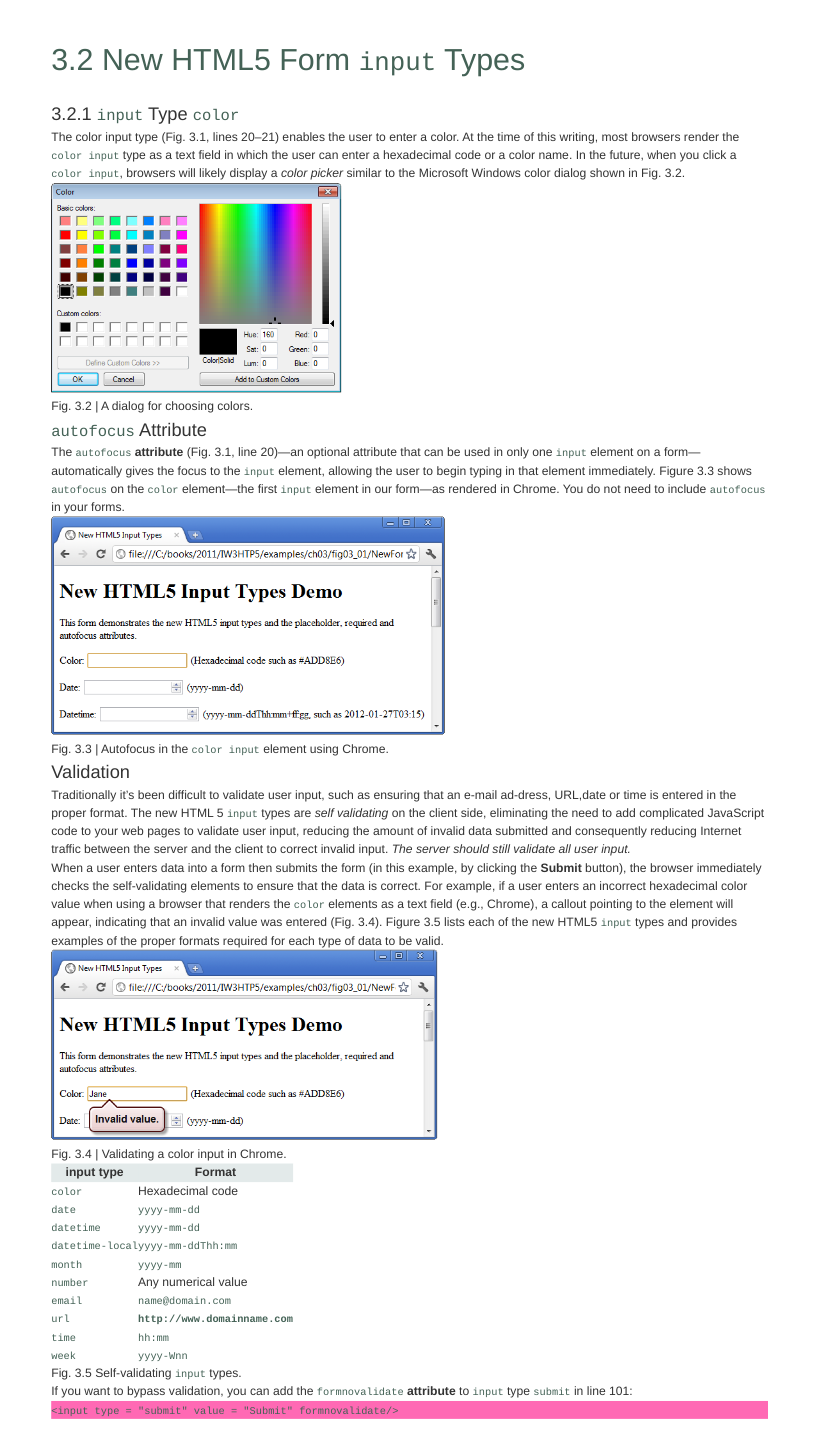
Repository: mlmEFSC21/P4-Textbook-Copy
Page: index.html
The author's editor kept a copy of each file at every save. The page is drawn from the files as they stood at one save, then again after the next save.
The browser window is 1280 px wide. The pictures show the whole page, at 64% of full size.

Above is the page before, as saved 2022-02-03 16:51:07.

After the next save:
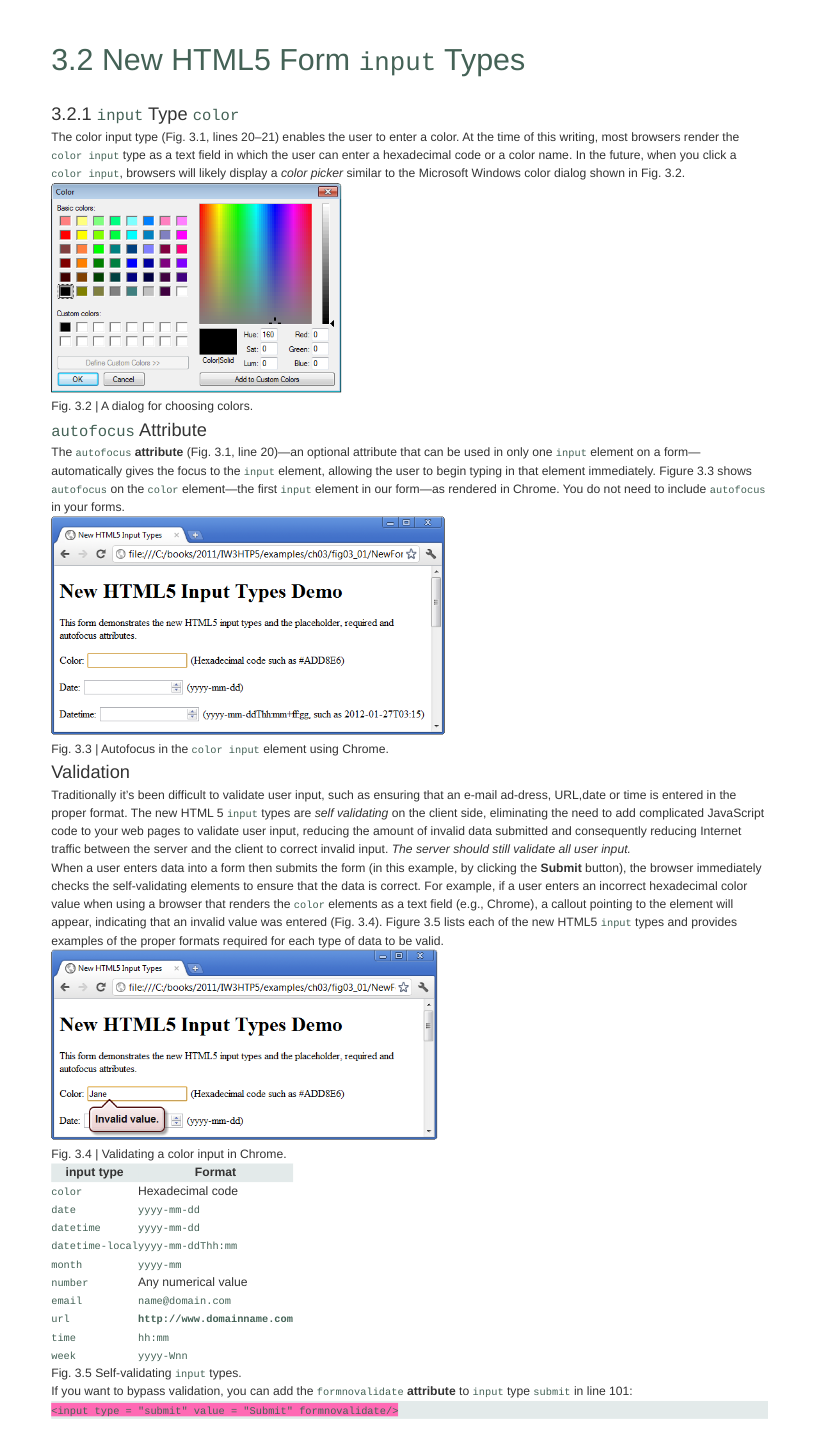
Saved 54 s later.
--- a/index.html
+++ b/index.html
@@ -144,8 +144,12 @@
                     <strong>attribute</strong> to <code>input</code> type <code>submit</code> in
                     line 101:
                 </p>
-                <div class="form-no-val code-heavy">
-                    <code>&lt;input type = "submit" value = "Submit" formnovalidate/&gt;</code>
+                <div class="form-no-val">
+                    <span class="code-heavy"
+                        ><code
+                            >&lt;input type = "submit" value = "Submit" formnovalidate/&gt;</code
+                        ></span
+                    >
                 </div>
             </aside>
         </section>
